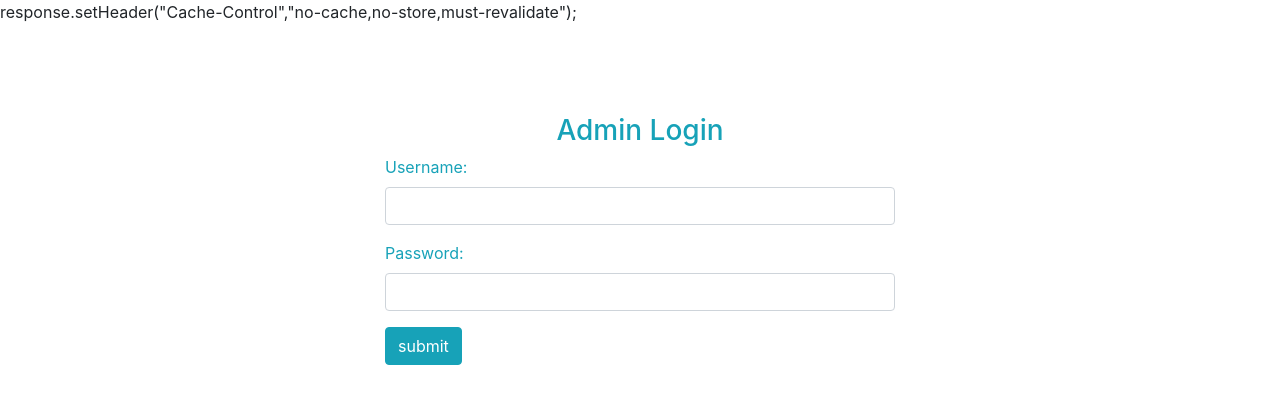
Repository: sindurup/Phase2Project
Page: http://localhost/LearnersAcademyPro/classInfo.jsp
These files come from the project's save history. The page is drawn as it stood at one moment and after the next save; the edit follows.
The browser window is 1280 px wide. The pictures show the whole page.
Some web libraries are served in a nearby version. The page is served by Tomcat 9. The session is filled in as if someone had signed in: {"uname": "Test User", "pw": 1}. Other server files are loaded and not shown.

Above is the page before, as saved 2021-09-27 10:33:07.
Console error: TypeError: Cannot read properties of undefined (reading 'fn')

### LearnersAcademyPro/src/main/webapp/classInfo.jsp
<%@ page language="java" contentType="text/html; charset=ISO-8859-1"
    pageEncoding="ISO-8859-1"%>
<!DOCTYPE html>
<html>
<link href="//maxcdn.bootstrapcdn.com/bootstrap/4.1.1/css/bootstrap.min.css" rel="stylesheet" id="bootstrap-css">
<script src="//maxcdn.bootstrapcdn.com/bootstrap/4.1.1/js/bootstrap.min.js"></script>
<script src="//cdnjs.cloudflare.com/ajax/libs/jquery/3.2.1/jquery.min.js"></script>
<head>
<meta charset="ISO-8859-1">
<title>Learners Academy</title>
</head>
<body>

response.setHeader("Cache-Control","no-cache,no-store,must-revalidate");
<%
    if(session.getAttribute("uname")==null)

    	 response.sendRedirect("login.jsp");
%>
    <div id="login">
        <h3 class="text-center text-white pt-5">Login form</h3>
        <div class="container">
            <div id="login-row" class="row justify-content-center align-items-center">
                <div id="login-column" class="col-md-6">
                    <div id="login-box" class="col-md-12">
                        <form id="login" class="form" action="login" method="post">
                            <h3 class="text-center text-info">Admin Login</h3>
                            <div class="form-group">
                                <label for="username" class="text-info">Username:</label><br>
                                <input type="text" name="username" id="username" class="form-control">
                            </div>
                            <div class="form-group">
                                <label for="password" class="text-info">Password:</label><br>
                                <input type="password" name="password" id="password" class="form-control">
                            </div>
                            <div class="form-group">

                                <input type="submit" name="submit" class="btn btn-info btn-md" value="submit">
                            </div>

                        </form>
                    </div>
                </div>
            </div>
        </div>
    </div>
</body>
</html>

After the next save:
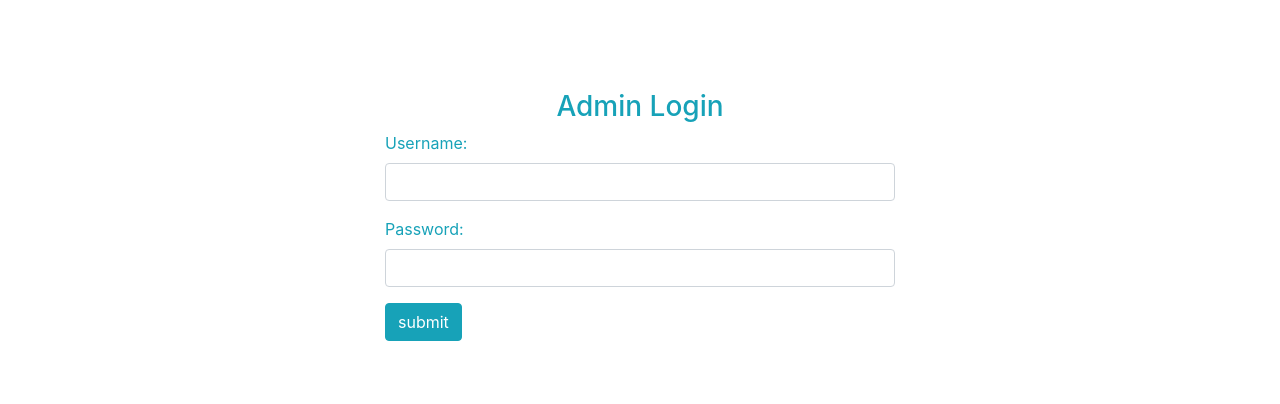
Saved 33 s later.
--- a/LearnersAcademyPro/src/main/webapp/classInfo.jsp
+++ b/LearnersAcademyPro/src/main/webapp/classInfo.jsp
@@ -11,8 +11,9 @@
 </head>
 <body>
 
+
+<%
 response.setHeader("Cache-Control","no-cache,no-store,must-revalidate");
-<%
     if(session.getAttribute("uname")==null)
 
     	 response.sendRedirect("login.jsp");
